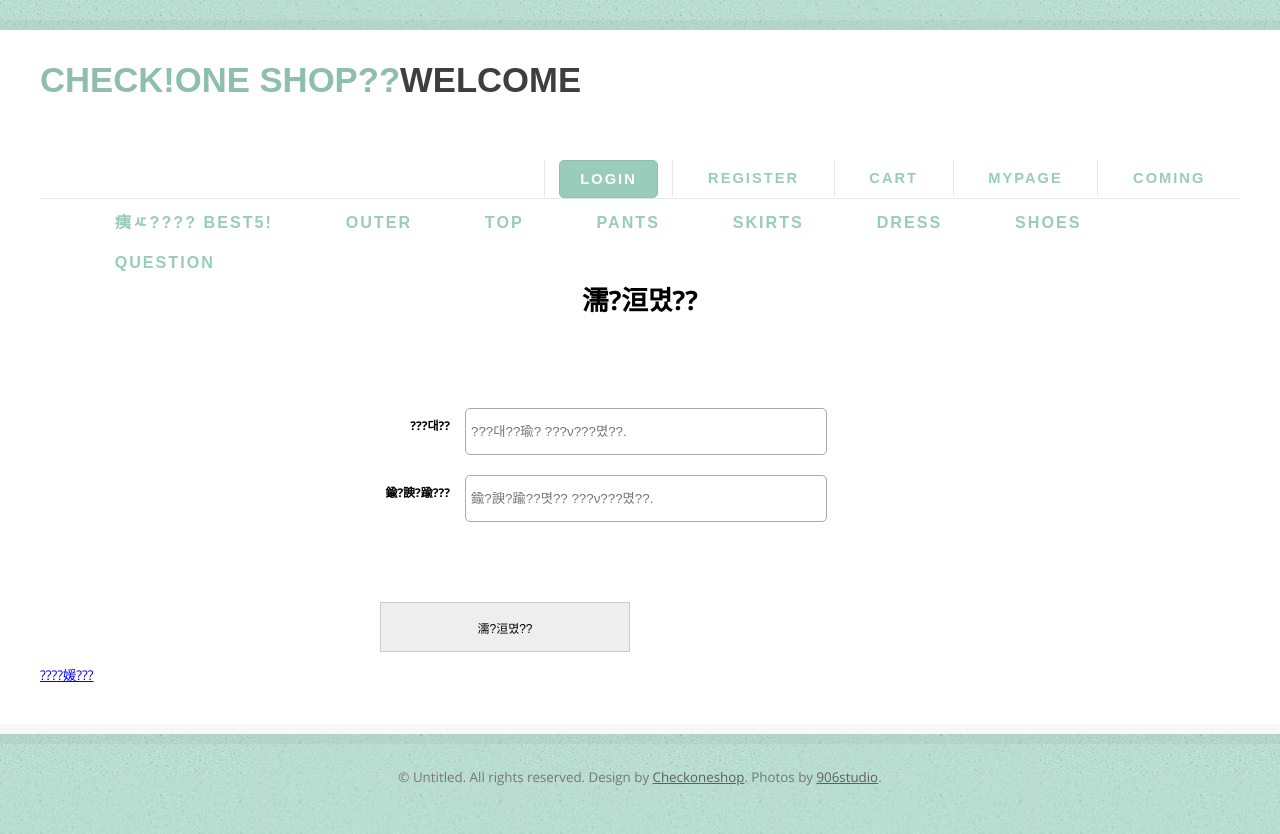
Repository: kch9870/CheckOneShoppingmall
Page: http://localhost/Shoppingmall/Login.jsp
The author's editor kept a copy of each file at every save. The page is drawn from the files as they stood at one save, then again after the next save.
The browser window is 1280 px wide. The pictures show the whole page.
Some web fonts or font styles are not loaded; a fallback is used. The page is served by Tomcat 9.

Above is the page before, as saved 2019-06-10 01:48:58.

After the next save:
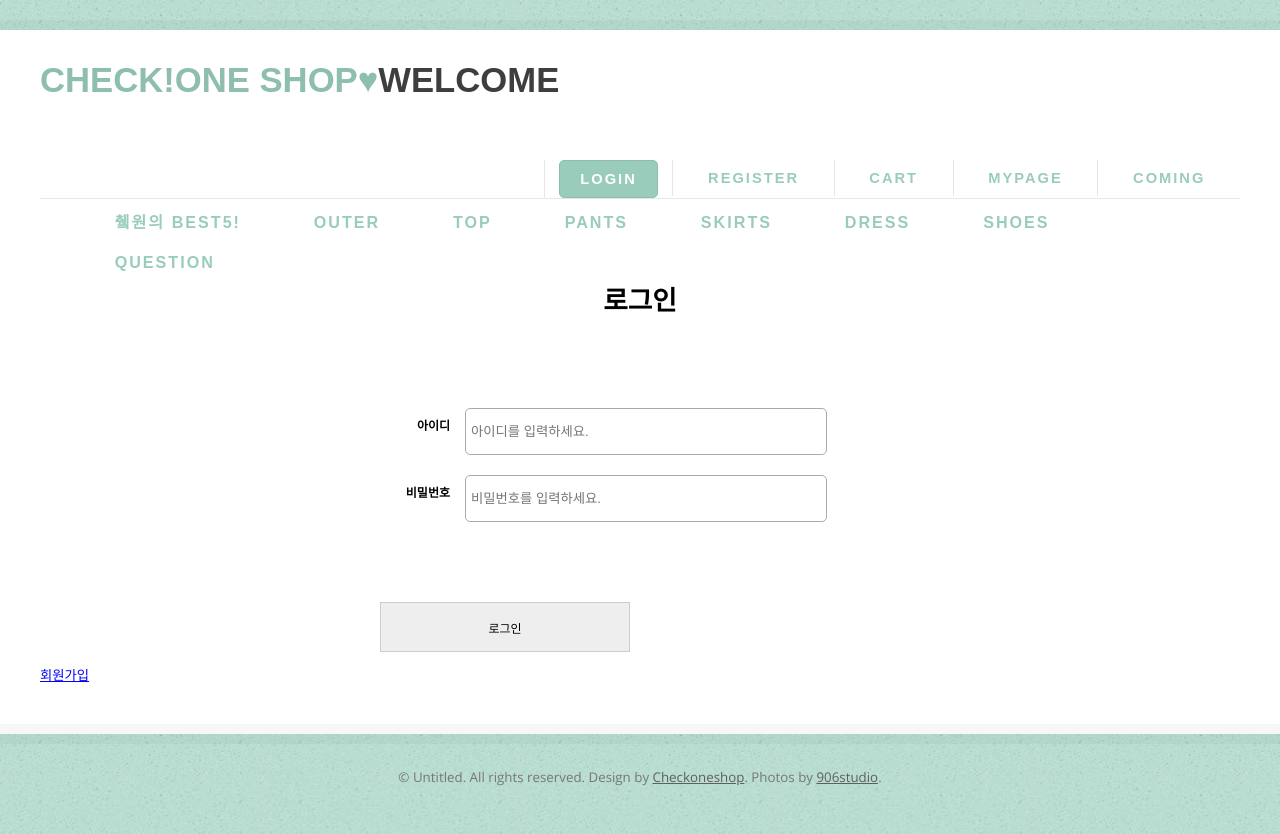
Saved 112 s later.
--- a/Shoppingmall/WebContent/Login.jsp
+++ b/Shoppingmall/WebContent/Login.jsp
@@ -1,5 +1,5 @@
-<%@ page language="java" contentType="text/html; charset=EUC-KR"
-    pageEncoding="EUC-KR"%>
+<%@ page language="java" contentType="text/html; charset=UTF-8"
+    pageEncoding="UTF-8"%>
 <!DOCTYPE html PUBLIC "-//W3C//DTD XHTML 1.0 Strict//EN" "http://www.w3.org/TR/xhtml1/DTD/xhtml1-strict.dtd">
 <head>
 <meta http-equiv="Content-Type" content="text/html; charset=utf-8" />
